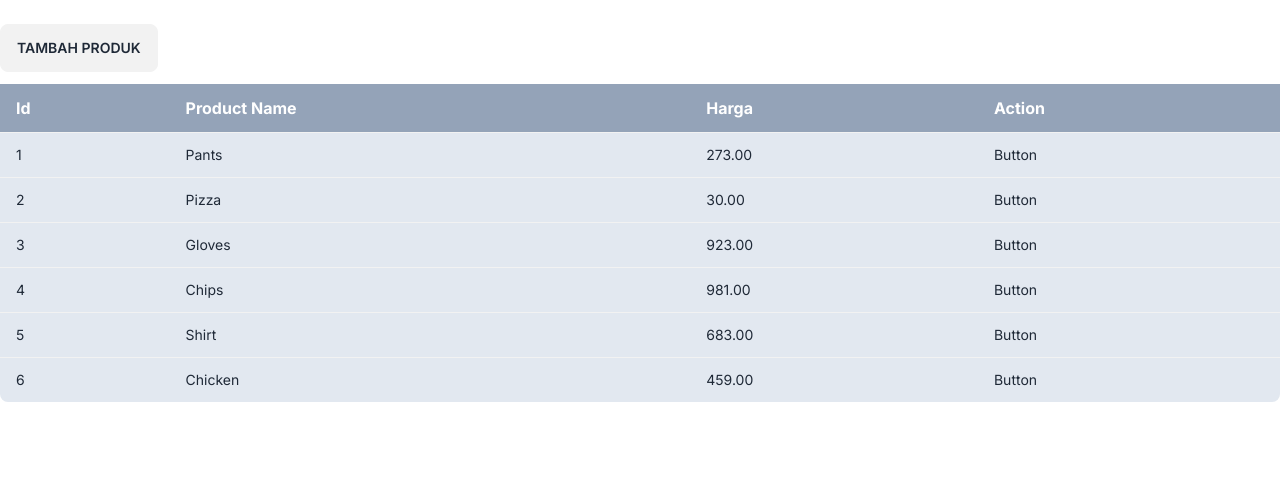
Repository: KilluaProject/Database-item
Page: /
These files come from the project's save history. The page is drawn as it stood at one moment and after the next save; the edit follows.
The browser window is 1280 px wide. The pictures show the whole page.
The project was rebuilt for these pictures with package versions that can differ from the ones it lists, and the page was loaded fresh each time. The framework's server and built-in components were replaced by stand-ins that run in the browser. Requests to the local data server were answered from the project's data file. Also part of the build but not shown: next.config.js.

Above is the page before, as saved 2023-07-08 15:55:48.

### app/layout.jsx
import './globals.css'
import { Inter } from 'next/font/google'

const inter = Inter({ subsets: ['latin'] })

export const metadata = {
  title: 'Create Next App',
  description: 'Generated by create next app',
}

export default function RootLayout({ children }) {
  return (
    <html data-theme="light" lang="en">
      <body className={inter.className}>{children}</body>
    </html>
  )
}

### app/page.jsx
import AddProduk from "./components/AddProduk"

async function getProducts(){
  const res =  await fetch("http://localhost:5000/products",{ cache: "no-cache" })
  const data = res.json()
  return data
}


export default async function Home() {

  const Products = await getProducts()

  return (
   <div className="container mx-auto py-6">

    <AddProduk/>

      <table className="table w-full rounded-lg bg-slate-200 mt-3">
        <thead className="font-bold text-base bg-slate-400 text-white">
          <tr>
            <th>Id</th>
            <th>Product Name</th>
            <th>Harga</th>
            <th>Action</th>
          </tr>
        </thead>
        <tbody>
          {Products.map((product,index) => {
            return (
            <tr key={product.id}>
              <td>{index + 1}</td>
              <td>{product.produk}</td>
              <td>{product.harga}</td>
              <td>Button</td>
            </tr>
            )
          })}

        </tbody>
      </table>


   </div>
  )
}

### app/components/AddProduk.jsx
"use client"


import React, { useState } from 'react'
import { useRouter } from 'next/navigation'

export default function AddProduk() {

    const [produk, setProduk] = useState("")
    const [harga, setHarga] = useState("")
    const [modal, setModal] = useState(false)

    function handleChange(){
        setModal(!modal)
    }
    const rounter = useRouter()

    async function addProduct(e){
        e.preventDefault();

        await fetch ("http://localhost:5000/products" , {
            method: 'POST',
            headers: {
                'Content-Type' : 'aplication/json',
            },
            body: JSON.stringify({
                produk : produk,
                harga : harga,
            })

        });
        setTitle("");
        setHarga("");
        rounter.refresh;
        setModal(false)
    }

  return (
    <div>
        <button className="btn" onClick={handleChange}>Tambah Produk</button>
        <input type="checkbox" checked={modal} onChange={handleChange} className="modal-toggle" />

        <div className="modal">
            <div className="modal-box">
                <h3 className="font-bold">Add New Product</h3>
                <form action={addProduct}>
                    <div className="form-control">
                        <label className="label">Nama Produk</label>
                        <input value={produk} onChange={(e) => setProduk(e.target.value)} name="produk" className="input w-full input-bordered" />
                    </div>
                    <div className="form-control">
                        <label className="label ">Harga</label>
                        <input value={harga} onChange={(e) => setHarga(e.target.value)} name="harga" className="input w-full input-bordered" />
                    </div>
                    <div className="modal-action">
                        <button type="button" className="btn" onClick={handleChange}>Close</button>
                        <button type="button" className="btn btn-primary" onClick={handleChange}> Save</button>
                    </div>
                </form>

            </div>
        </div>

    </div>
  )
}

### tailwind.config.js
/** @type {import('tailwindcss').Config} */
module.exports = {

  content: [
    './pages/**/*.{js,ts,jsx,tsx,mdx}',
    './components/**/*.{js,ts,jsx,tsx,mdx}',
    './app/**/*.{js,ts,jsx,tsx,mdx}',
  ],
  theme: {
    extend: {
      backgroundImage: {
        'gradient-radial': 'radial-gradient(var(--tw-gradient-stops))',
        'gradient-conic':
          'conic-gradient(from 180deg at 50% 50%, var(--tw-gradient-stops))',
      },
    },
  },

  daisyui: {
    themes: ["light", "dark", "cupcake"],
  },

  plugins: [require("daisyui")],
}

### db.json
{
    "products" : [

        {
            "produk": "Pants",
            "harga": "273.00",
            "id": "1"
        },
        {
            "produk": "Pizza",
            "harga": "30.00",
            "id": "2"
        },
        {
            "produk": "Gloves",
            "harga": "923.00",
            "id": "3"
        },
        {
            "produk": "Chips",
            "harga": "981.00",
            "id": "4"
        },
        {
            "produk": "Shirt",
            "harga": "683.00",
            "id": "5"
        },
        {
            "produk": "Chicken",
            "harga": "459.00",
            "id": "6"
        }
    ]
}

Loaded but not shown: app/globals.css (common file)

After the next save:
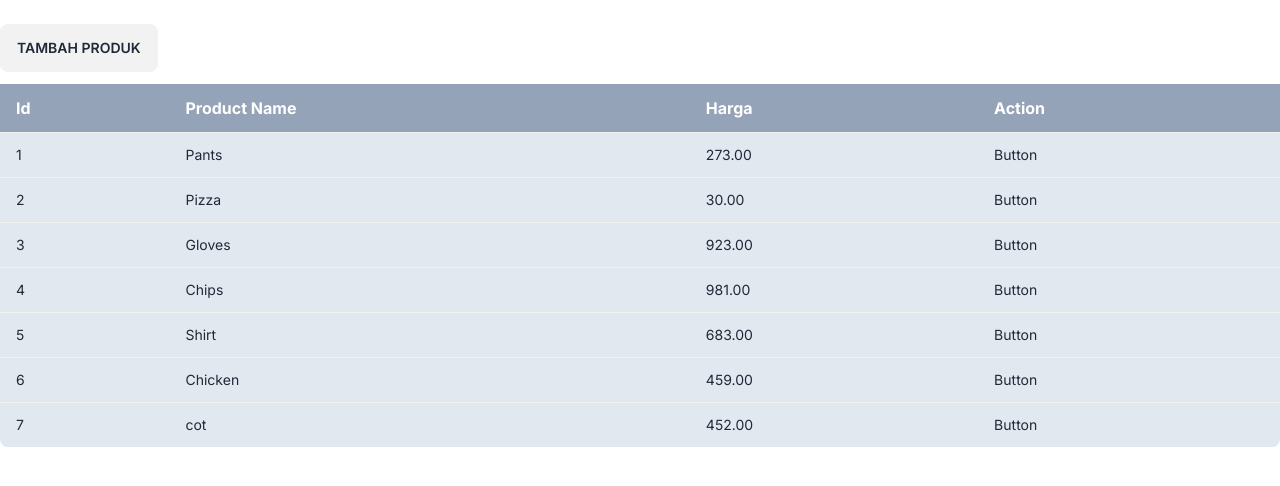
Saved 108 s later.
--- a/db.json
+++ b/db.json
@@ -30,6 +30,11 @@
             "produk": "Chicken",
             "harga": "459.00",
             "id": "6"
+        },
+        {
+            "produk": "cot",
+            "harga": "452.00",
+            "id": "7"
         }
     ]
 }
